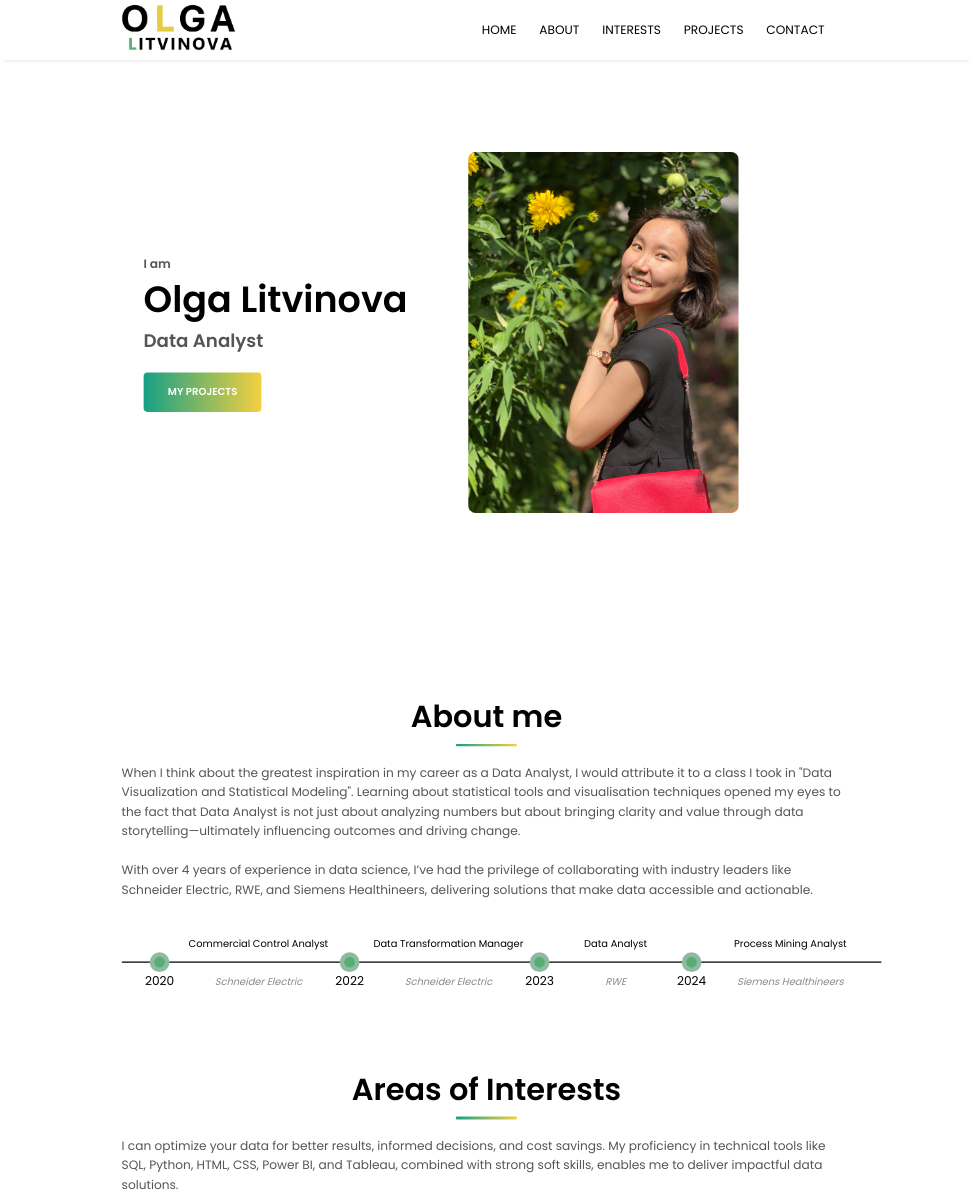
Repository: OlgaKuzminichna/CV
Page: index.html
An editor plug-in stored every save of this project. The page is shown before and after the next save, followed by the edit.
The browser window is 1280 px wide. The pictures show the part of the page from y = 0 to 1583 px (the page is 4124 px tall before and 4150 px after), at 76% of full size.
A picture or video elsewhere on the page could not be fetched, so the positions and the page height are approximate.

Above is the page before, as saved 2024-11-24 22:14:11.

After the next save:
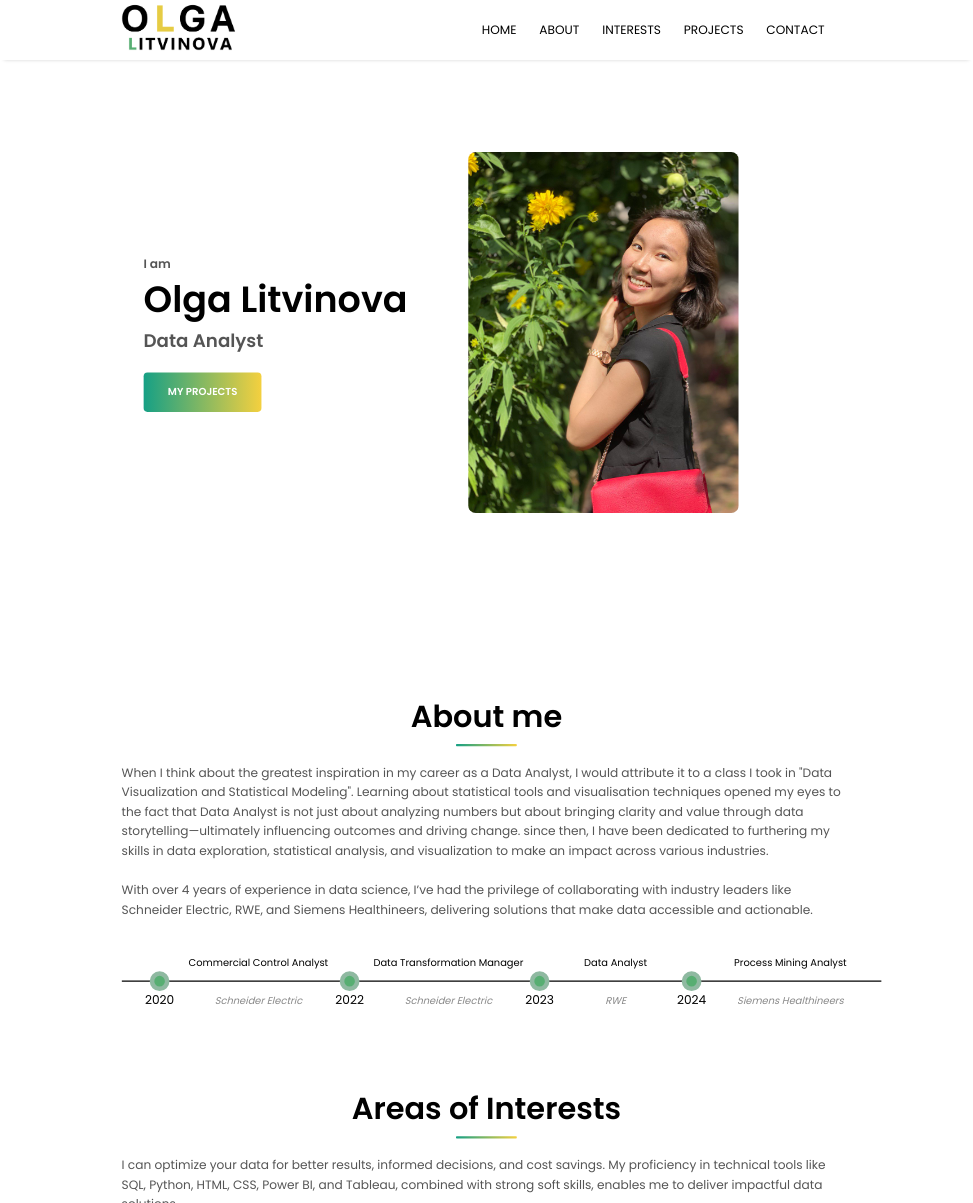
Saved 64 s later.
--- a/index.html
+++ b/index.html
@@ -71,6 +71,7 @@
                 <p>
                     When I think about the greatest inspiration in my career as a Data Analyst, I would attribute it to a class I took in "Data Visualization and Statistical Modeling".
                     Learning about statistical tools and visualisation techniques opened my eyes to the fact that Data Analyst is not just about analyzing numbers but about bringing clarity and value through data storytelling—ultimately influencing outcomes and driving change.
+                    since then, I have been dedicated to furthering my skills in data exploration, statistical analysis, and visualization to make an impact across various industries.
                 </p>
                 <p>
                     <br>
